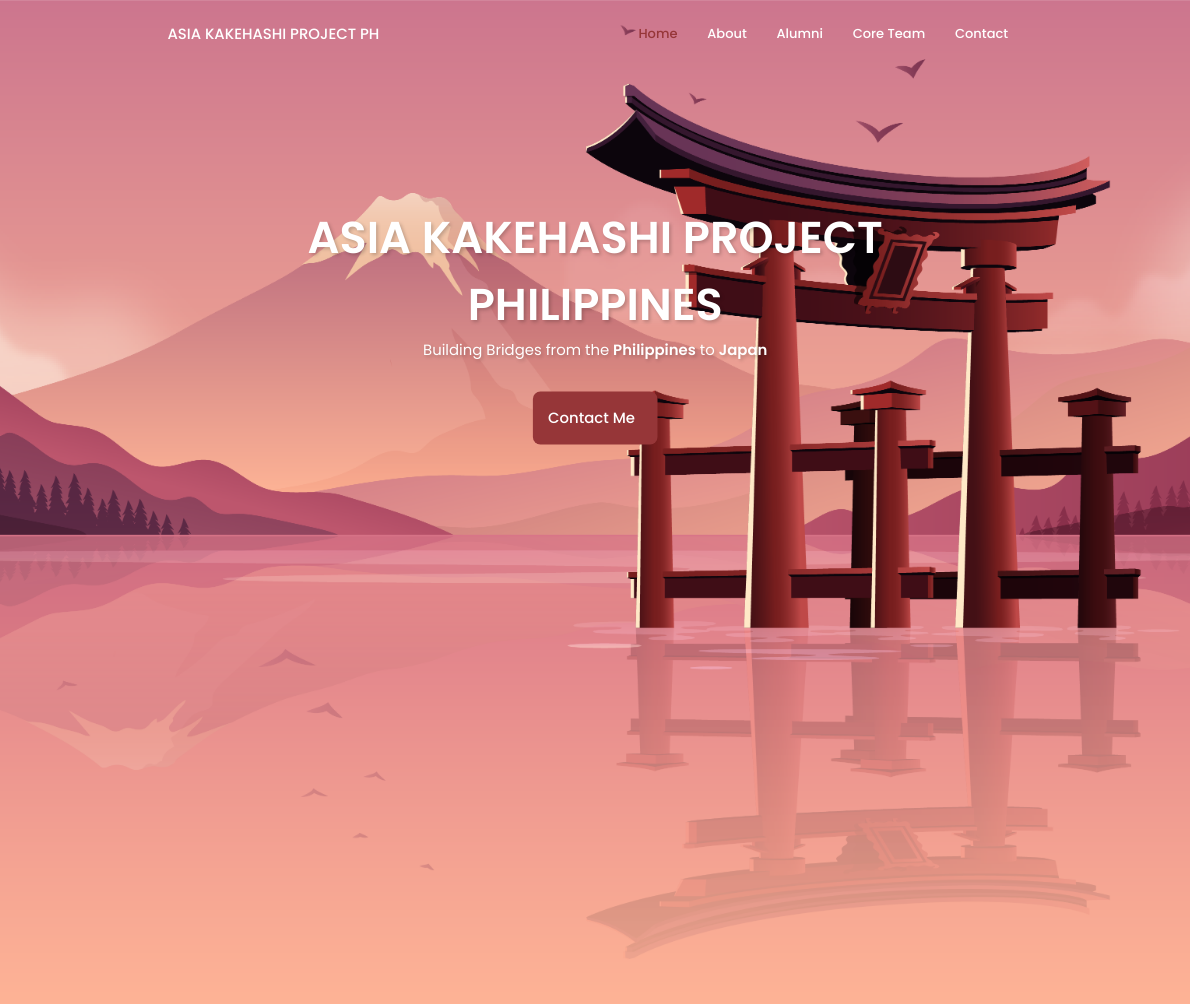
Repository: Aishie123/AKP-PH
Page: index.html
The author's editor kept a copy of each file at every save. The page is drawn from the files as they stood at one save, then again after the next save.
The browser window is 1280 px wide. The pictures show the whole page, at 93% of full size.
Some icons come from a web library that is not loaded, so they are not drawn.

Above is the page before, as saved 2024-02-17 16:12:21.

### index.html
<!DOCTYPE html>
    <html lang="en">
    <head>
        <meta charset="UTF-8">
        <meta name="viewport" content="width=device-width, initial-scale=1.0">

        <!--==================== UNICONS ====================-->
        <link rel="stylesheet" href="https://unicons.iconscout.com/release/v4.0.8/css/line.css">


        <!--==================== CSS ====================-->
        <link rel="stylesheet" href="assets/css/styles.css">

        <title>Asia Kakehashi Project Philippines</title>
    </head>
    <body>
        <!--==================== HEADER ====================-->
        <header class="header" id="header">
            <nav class="nav container">
                <a href="#" class="nav__logo">ASIA KAKEHASHI PROJECT PH</a>

                <div class="nav__menu" id="nav-menu">
                    <ul class="nav__list grid">
                        <li class="nav__item">
                            <a href="#home" class="nav__link active-link">
                                <i class="uil uil-estate nav__icon"></i>Home
                            </a>
                        </li>
                        <li class="nav__item">
                            <a href="" class="nav__link">
                                <i class="uil uil-user nav__icon"></i>About
                            </a>
                        </li>
                        <li class="nav__item">
                            <a href="" class="nav__link">
                                <i class="uil uil-file-alt nav__icon"></i>Alumni
                            </a>
                        </li>
                        <li class="nav__item">
                            <a href="" class="nav__link">
                                <i class="uil uil-briefcase-alt nav__icon"></i>Core Team
                            </a>
                        </li>
                        <li class="nav__item">
                            <a href="#contact" class="nav__link">
                                <i class="uil uil-message nav__icon"></i>Contact
                            </a>
                        </li>
                    </ul>
                    <i class="uil uil-times nav__close" id="nav-close"></i>
                </div>

                <div class="nav__btns">
                    <!-- Theme change button -->
                    <i class="uil uil-moon change-theme" id="theme-button"></i>

                    <div class="nav__toggle" id="nav-toggle">
                        <i class="uil uil-apps"></i>
                    </div>
                </div>

            </nav>
        </header>

        <!--==================== MAIN ====================-->
        <main class="main">
            <!--==================== HOME ====================-->
            <section class="home section" id="home">
                <div class="home__container container grid">
                    <div class="home__content grid">
                        <div class="home__data">
                            <h1 class="home__title">ASIA KAKEHASHI PROJECT<br>PHILIPPINES</h1>
                            <p class="home__description">Building Bridges from the <b>Philippines</b> to <b>Japan</b></p>
                            <a href="#contact" class="button button--flex">
                                Contact Me <i class="uil uil-message button__icon"></i>
                            </a>
                        </div>
                        <div class="home__parallax">
                            <img src="assets/img/bg/600ppi/Front_Mountains.png" id="front-mountains">
                        </div>
                    </div>

                    <div class="home__scroll">
                        <a href="#about" class="home__scroll-button button--flex">
                            <i class="uil uil-mouse-alt home__scroll-mouse"></i>
                            <span class="home__scroll-name">Scroll down</span>
                            <i class="uil uil-arrow-down home__scroll-arrow"></i>
                        </a>
                    </div>
                </div>
            </section>





        <!--==================== SCROLL TOP ====================-->
        <a href="" class="scrollup" id="scroll-up">
            <i class="uil uil-arrow-up scrollup__icon"></i>
        </a>

        <!--==================== MAIN JS ====================-->
        <script src="assets/js/main.js"></script>
    </body>
</html>

### assets/css/styles.css
/*==================== GOOGLE FONTS ====================*/
@import url('https://fonts.googleapis.com/css2?family=Poppins:wght@400;500;600&display=swap');

/*==================== VARIABLES CSS ====================*/
:root {
    --header-height: 3rem;

    /*========== Colors ==========*/
    /* Change favorite color */
    --hue-color: 359;

    /* HSL color mode */
    --first-color: hsl(var(--hue-color), 47%, 40%);
    --first-color-second: hsl(var(--hue-color), 47%, 40%);
    --first-color-alt: hsl(var(--hue-color), 35%, 32%);
    --first-color-lighter: hsl(var(--hue-color), 70%, 64%);
    --title-color: var(--container-color);
    --text-color: #fff;
    --text-color-light: hsl(var(--hue-color), 8%, 65%);
    --input-color: hsl(var(--hue-color), 70%, 96%);
    --body-color: hsl(var(--hue-color), 60%, 99%);
    --container-color: #fff;
    --scroll-bar-color: hsl(var(--hue-color), 12%, 90%);
    --scroll-thumb-color: hsl(var(--hue-color), 12%, 80%);

    /*========== Font and typography ==========*/
    --body-font: 'Poppins', sans-serif;

    /* .5rem = 8px, 1rem = 16px, 1.5rem = 24px ... */
    --big-font-size: 2rem;
    --h1-font-size: 1.5rem;
    --h2-font-size: 1.25rem;
    --h3-font-size: 1.125rem;
    --normal-font-size: .938rem;
    --small-font-size: .813rem;
    --smaller-font-size: .75rem;

    /*========== Font weight ==========*/
    --font-medium: 500;
    --font-semi-bold: 600;

    /*========== Margins Bottom ==========*/
    /* .25rem = 4px, .5rem = 8px, .75rem = 12px ... */
    --mb-0-25: .25rem;
    --mb-0-5: .5rem;
    --mb-0-75: .75rem;
    --mb-1: 1rem;
    --mb-1-5: 1.5rem;
    --mb-2: 2rem;
    --mb-2-5: 2.5rem;
    --mb-3: 3rem;

    /*========== z index ==========*/
    --z-tooltip: 10;
    --z-fixed: 100;
    --z-modal: 1000;
}

/* Font size for large devices */
@media screen and (min-width: 968px) {
    :root {
        --big-font-size: 3rem;
        --h1-font-size: 2.25rem;
        --h2-font-size: 1.5rem;
        --h3-font-size: 1.25rem;
        --normal-font-size: 1rem;
        --small-font-size: .875rem;
        --smaller-font-size: .813rem;
    }
}

/*========== Variables Dark theme ==========*/
body.dark-theme{
  /* HSL color mode */
  --first-color-second: hsl(var(--hue-color), 30%, 8%);
  --title-color: var(--container-color);
  --text-color: hsl(var(--hue-color), 8%, 75%);
  --input-color: hsl(var(--hue-color), 29%, 16%);
  --body-color: hsl(var(--hue-color), 28%, 12%);
  --container-color: hsl(var(--hue-color), 29%, 16%);
  --scroll-bar-color: hsl(var(--hue-color), 12%, 48%);
  --scroll-thumb-color: hsl(var(--hue-color), 12%, 36%);
}

/*========== Button Dark/Light ==========*/
.nav__btns{
  display: flex;
  align-items: center;
}

.change-theme{
  font-size: 1.25rem;
  color: var(--title-color);
  margin-right: var(--mb-1);
  cursor: pointer;
}

.change-theme:hover{
  color: var(--first-color);
}

/*==================== BASE ====================*/
* {
  box-sizing: border-box;
  padding: 0;
  margin: 0;
}

html {
  scroll-behavior: smooth;
}

body {
  margin: 0 0 var(--header-height) 0;
  font-family: var(--body-font);
  font-size: var(--normal-font-size);
  background-color: var(--body-color);
  color: var(--text-color);
}

h1, h2, h3, h4 {
  color: var(--title-color);
  font-weight: var(--font-semi-bold);
}

ul {
  list-style: none;
}

a {
  text-decoration: none;
}

img {
  /*max-width: 100%;*/
  height: auto;
}

/*==================== REUSABLE CSS CLASSES ====================*/
/*
.section {
  padding: 2rem 0 4rem;
}
*/

.section__title {
  font-size: var(--h1-font-size);
  color: var(--title-color);
}

.section__subtitle {
  display: block;
  font-size: var(--small-font-size);
  margin-bottom: var(--mb-3);
}

.section__title,
.section__subtitle {
  text-align: center;
}

/*==================== LAYOUT ====================*/
.container {
  padding-left: var(--mb-1-5);
  padding-right: var(--mb-1-5);
}

.grid {
  display: grid;
  gap: 1.5rem;
}

.header {
  width: 100%;
  position: fixed;
  bottom: 0;
  left: 0;
  z-index: var(--z-fixed);
 /*background-color: var(--body-color);*/
}

/*==================== NAV ====================*/
.nav{
  max-width: 968px;
  height: var(--header-height);
  display: flex;
  justify-content: space-between;
  align-items: center;
}

.nav__logo,
.nav__toggle{
  color: var(--title-color);
  font-weight: var(--font-medium);
}

.nav__logo:hover{
  color: var(--first-color);
}

.nav__toggle{
  font-size: 1.1rem;
  cursor: pointer;
}

.nav__toggle:hover{
  color: var(--first-color);
}

@media screen and (max-width: 767px){
  .nav__menu{
    position: fixed;
    bottom: -100%;
    left: 0;
    width: 100%;
    background-color: var(--body-color);
    padding: 2rem 1.5rem 4rem;
    box-shadow: 0 -1px 4px rgba(0, 0, 0, 0.15);
    border-radius: 1.5rem 1.5rem 0 0;
    transition: .3s;
  }
}

.nav__list{
  grid-template-columns: repeat(3, 1fr);
  gap: 2rem;
}

.nav__link{
  display: flex;
  flex-direction: column;
  align-items: center;
  font-size: var(--small-font-size);
  color: var(--container-color);
  font-weight: var(--font-medium);
}

.nav__link:hover{
  color: var(--first-color);
}

.nav__icon{
  font-size: 1.2rem;
}

.nav__close{
  position: absolute;
  right: 1.3rem;
  bottom: .5rem;
  font-size: 1.5rem;
  cursor: pointer;
  color: var(--first-color);
}

.nav__close:hover{
  color: var(--first-color-alt);
}

/* show menu */
.show-menu{
  bottom: 0;
}

/* Active link */
.active-link{
  color: var(--first-color);
}

/* Change background header */
.scroll-header{
  box-shadow: 0 -1px 4px rgba(0, 0, 0, 0.15);
}

/*==================== HOME ====================*/
.home__container{
    gap: 1rem;
    background: url(../img/bg/600ppi/Back_Sky.png) center/cover no-repeat;
    height: 100vh;
    background-size: cover; /* This will make the background image cover the entire container */
  overflow: hidden; /* Hide any content that overflows the container */
}

  .home__content {
    position: relative;
    padding-top: 3.5rem;
    align-items: center;
  }

  .home__parallax {
    position: absolute;
    top: 0;
    left: 0;
    width: 100%; /* Relative width */
    height: auto; /* Maintain aspect ratio */
    max-width: 100%; /* Ensure the image doesn't exceed its natural size */
    z-index: 0;
  }

  #front-mountains {
    position: relative; /* Change to relative positioning */
    width: 130rem;
    transform: translate(-30%, -30%); /* Adjust to center the element */

  }

  .home__social{
    display: grid;
    grid-template-columns: max-content;
    row-gap: 1rem;
  }

  .home__social-icon{
    font-size: 1.25rem;
    color: var(--first-color);
  }

  .home__social-icon:hover{
    color: var(--first-color-alt);
  }

  .home__data {
    display: flex;
    flex-direction: column;
    align-items: center;
    justify-content: center;
    z-index: var(--z-tooltip);
  }

  .home__title{
    font-size: var(--big-font-size);
    text-align: center;
    text-shadow: 2px 2px 4px rgba(0, 0, 0, 0.2); /* Adjust the shadow properties as needed */
  }

  .home__subtitle{
    font-size: var(--h3-font-size);
    color: var(--text-color);
    font-weight: var(--font-medium);
    margin-bottom: var(--mb-0-75);
  }

  .home__description{
    text-align: center;
    margin-bottom: var(--mb-2);
    text-shadow: 2px 2px 4px rgba(0, 0, 0, 0.2); /* Adjust the shadow properties as needed */
  }

  .home__scroll{
    display: none;
  }

  .home__scroll-button{
    color: var(--first-color);
    transition: .3s;
  }

  .home__scroll-button:hover{
    transform: translateY(.25rem);
  }

  .home__scroll-mouse{
    font-size: 2rem;
  }

  .home__scroll-name{
    font-size: var(--small-font-size);
    color: var(--title-color);
    font-weight: var(--font-medium);
    margin-right: var(--mb-0-25);
  }

  .home__scroll-arrow{
    font-size: 1.25rem;
  }

  /*==================== BUTTONS ====================*/
  .button{
    display: inline-block;
    background-color: var(--first-color);
    color: #FFF;
    padding: 1rem;
    border-radius: .5rem;
    font-weight: var(--font-medium);
  }

  .button:hover{
    background-color: var(--first-color-alt);
  }

  .button__icon{
    font-size: 1.25rem;
    margin-left: var(--mb-0-5);
    transition: .3s;
  }

  .button--flex{
    display: inline-flex;
    align-items: center;
  }




/*==================== FOOTER ====================*/
.footer{
    text-align: center;
    padding-top: 2rem;
  }

  .footer__container{
    row-gap: 1rem;
  }

  .footer__bg{
    background-color: var(--first-color-second);
    padding: 2rem 0 3rem;
  }

  .footer__title{
    font-size: var(--h1-font-size);
    margin-bottom: var(--mb-0-25);
  }

  .footer__subtitle{
    font-size: var(--small-font-size);
  }

  .footer__socials{
    font-size: 1.25rem;
    /* margin-right: var(--mb-1-5); */
    display: inline-block;
  }

  .footer__social:hover{
    color: var(--first-color-lighter);
  }

  .footer__copy{
    font-size: var(--smaller-font-size);
    text-align: center;
    margin-top: var(--mb-1);
  }

  .footer__title,
  .footer__subtitle,
  .footer__social,
  .footer__copy{
    color: #FFF
  }

  /*========== SCROLL UP ==========*/
  .scrollup{
    position: fixed;
    right: 1rem;
    bottom: -20%;
    background-color: var(--first-color);
    opacity: .8;
    padding: 0 .3rem;
    border-radius: .4rem;
    z-index: var(--z-tooltip);
    transition: .4s;
  }

  .scrollup:hover{
    background-color: var(--first-color-alt);
  }

  .scrollup__icon{
    font-size: 1.5rem;
    color: #FFF;
  }

  /* Show scroll */
  .show-scroll{
    bottom: 5rem;
  }

  /*========== SCROLL BAR ==========*/
  ::-webkit-scrollbar{
    width: .60rem;
    background-color: var(--scroll-bar-color);
    border-radius: .5rem;
  }

  ::-webkit-scrollbar-thumb{
    background-color: var(--scroll-thumb-color);
    border-radius: .5rem;
  }

  ::-webkit-scrollbar-thumb:hover{
    background-color: var(--text-color-light);
  }

  /*==================== MEDIA QUERIES ====================*/
  /* For small devices */
  @media screen and (max-width: 350px){
    .container{
      padding-left: var(--mb-1);
      padding-right: var(--mb-1);
    }

    .nav__menu{
      padding: 2rem .25rem 4rem;
    }

    .nav__list{
      column-gap: 0;
    }

    .home__container{
      row-gap: 5rem;
      height: 100vh;
    }

  }

  /* For medium devices */
  @media screen and (min-width: 568px){

    .home__data{
      grid-column: initial;
    }
    .home__img{
      order: 1;
      justify-self: center;
    }

    .home__container{
      row-gap: 5rem;
      height: 100vh;
    }
  }

  @media screen and (min-width: 768px){
    .container{
      margin-left: auto;
      margin-right: auto;
    }

    body{
      margin: 0;
    }

    .section__subtitle{
      margin-bottom: 4rem;
    }

    .header{
      top: 0;
      bottom: initial;
    }

    .nav{
      height: calc(var(--header-height) + 1.5rem);
      column-gap: 1rem;
    }

    .nav__icon,
    .nav__close,
    .nav__toggle{
      display: none;
    }

    .nav__list{
      display: flex;
      column-gap: 2rem;
    }
    .nav__menu{
      margin-left: auto;
    }
    .change-theme{
      margin: 0;
    }

    .home__content {
      position: relative;
      padding-top: 3.5rem;
      align-items: center;
    }

    .home__container{
      row-gap: 5rem;
      height: 150vh;
    }

    .home__scroll{
      display: block;
    }
    .home__scroll-button{
      margin-left: 3rem;
    }

  }

  /* For large devices */
  @media screen and (min-width: 1024px){
    .header,
    .main,
    .footer__container{
      padding: 0;
    }

    .home__social{
      transform: translateX(-6rem);
    }

  }

### assets/js/main.js
/*==================== DARK LIGHT THEME ====================*/

const themeButton = document.getElementById('theme-button')
const darkTheme = 'dark-theme'
const iconTheme = 'uil-sun'

// Previously selected topic (if user selected)
const selectedTheme = localStorage.getItem('selected-theme')
const selectedIcon = localStorage.getItem('selected-icon')

// We obtain the current theme that the interface has by validating the dark-theme class
const getCurrentTheme = () => document.body.classList.contains(darkTheme) ? 'dark' : 'light'
const getCurrentIcon = () => themeButton.classList.contains(iconTheme) ? 'uil-moon' : 'uil-sun'

// We validate if the user previously chose a topic
if (selectedTheme) {
  // If the validation is fulfilled, we ask what the issue was to know if we activated or deactivated the dark
  document.body.classList[selectedTheme === 'dark' ? 'add' : 'remove'](darkTheme)
  themeButton.classList[selectedIcon === 'uil-moon' ? 'add' : 'remove'](iconTheme)
}

// Activate / deactivate the theme manually with the button
themeButton.addEventListener('click', () => {
    // Add or remove the dark / icon theme
    document.body.classList.toggle(darkTheme)
    themeButton.classList.toggle(iconTheme)
    // We save the theme and the current icon that the user chose
    localStorage.setItem('selected-theme', getCurrentTheme())
    localStorage.setItem('selected-icon', getCurrentIcon())
})

After the next save:
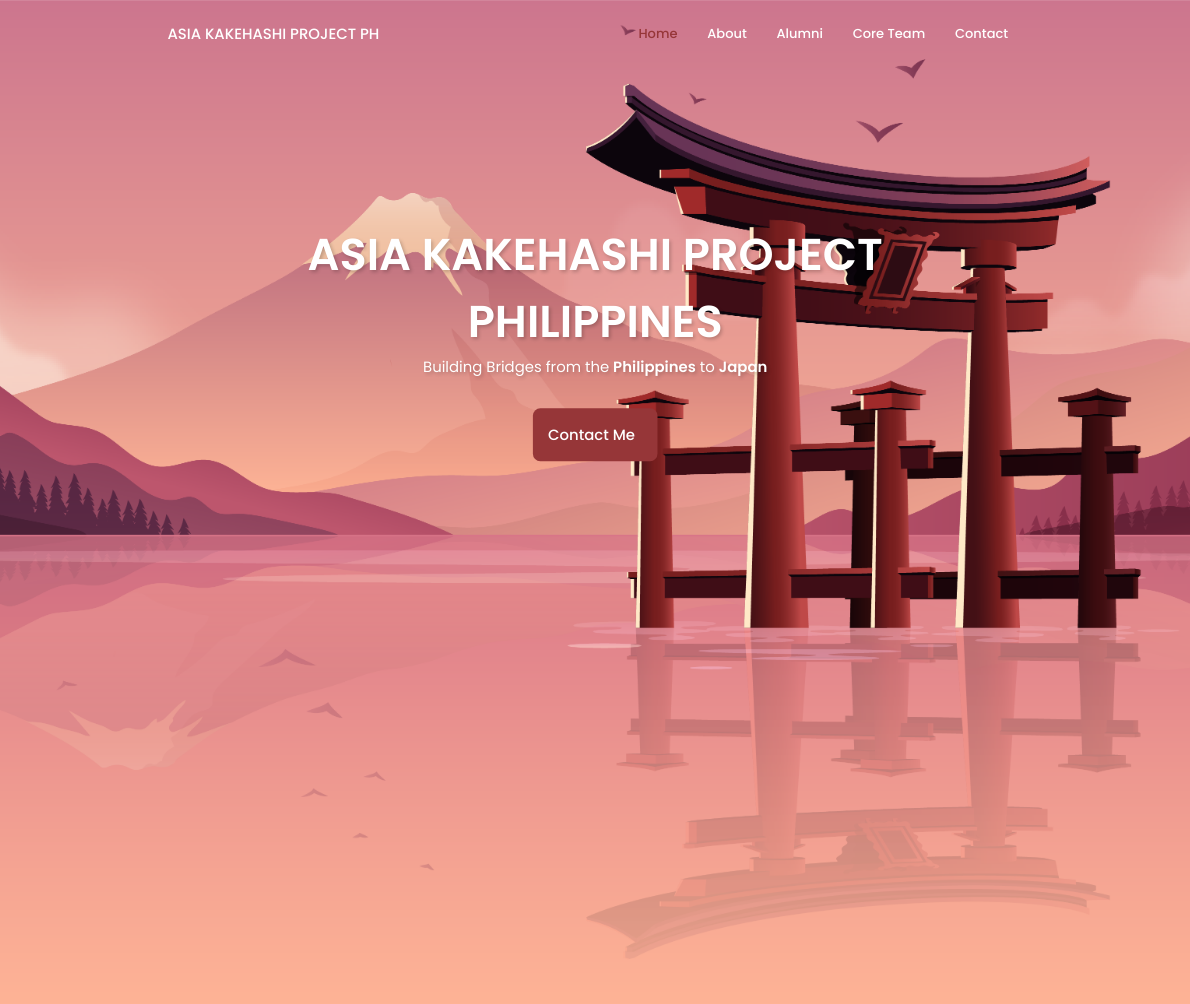
Saved 6 s later.
--- a/assets/css/styles.css
+++ b/assets/css/styles.css
@@ -574,7 +574,7 @@
 
     .home__content {
       position: relative;
-      padding-top: 3.5rem;
+      padding-top: 5rem;
       align-items: center;
     }
 
